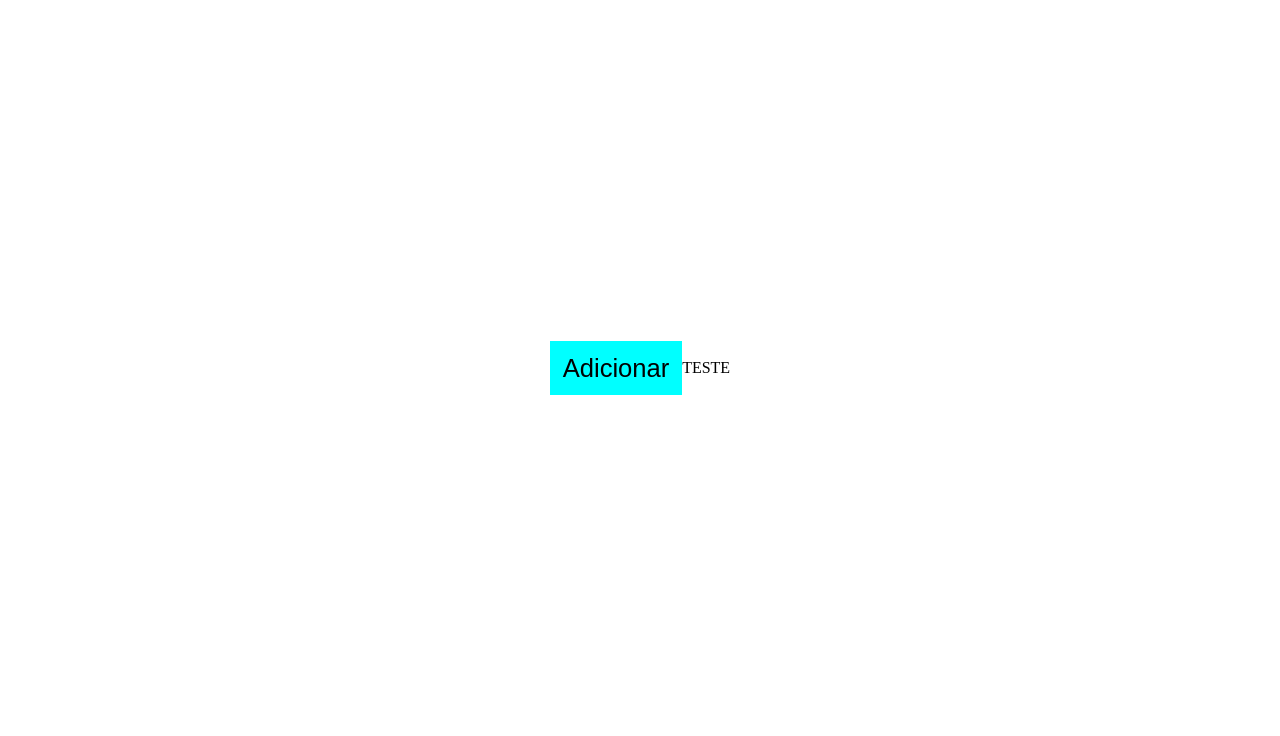
Repository: Orifiel/teste
Page: desafioMod2/desafioJavascript0201.html
The author's editor kept a copy of each file at every save. The page is drawn from the files as they stood at one save, then again after the next save.
The browser window is 1280 px wide. The pictures show the whole page.

Above is the page before, as saved 2020-08-12 15:13:14.

### desafioMod2/desafioJavascript0201.html
<!--
1º exercício
Crie um botão que ao ser clicado cria um novo elemento em tela com a forma de um quadrado
vermelho com 100px de altura e largura. Sempre que o botão for clicado um novo quadrado deve
aparecer na tela.
-->
<!DOCTYPE html>
<html lang="en">
<head>
    <meta charset="UTF-8">
    <meta name="viewport" content="width=device-width, initial-scale=1.0">
    <link rel="text" href="./desafioJavascript0201.js">
    <title>Document</title>
</head>
<body>
    <style>

        .button-container{
            height: 100vh;
            display: flex;
            justify-content: center;
            align-items: center;
        }

        .button-container .getsquadred {
            font-size: 1.6rem;
            padding: 0.8rem;
            border: 0;
            background-color: aqua;
        }

        .container.squads {
            width: 100px;
            height: 100px;
            background-color: red;
        }

    </style>
    <div class="button-container">
     <button class="getsquadred" onclick="">Adicionar</button>


        <div class="container-squads">
            <p>TESTE</p>
        </div>
    </div>
</body>
</html>

After the next save:
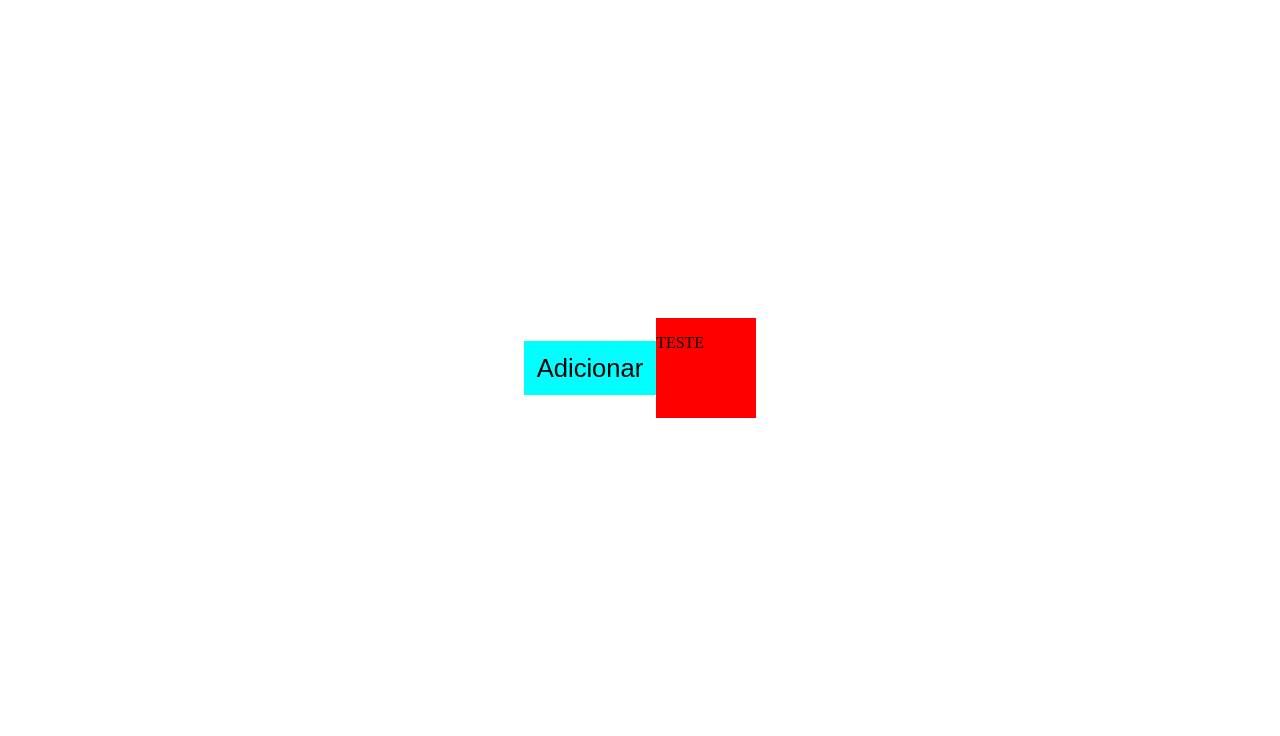
Saved 34 s later.
--- a/desafioMod2/desafioJavascript0201.html
+++ b/desafioMod2/desafioJavascript0201.html
@@ -29,7 +29,7 @@ aparecer na tela.
             background-color: aqua;
         }
 
-        .container.squads {
+        .container-squads {
             width: 100px;
             height: 100px;
             background-color: red;
